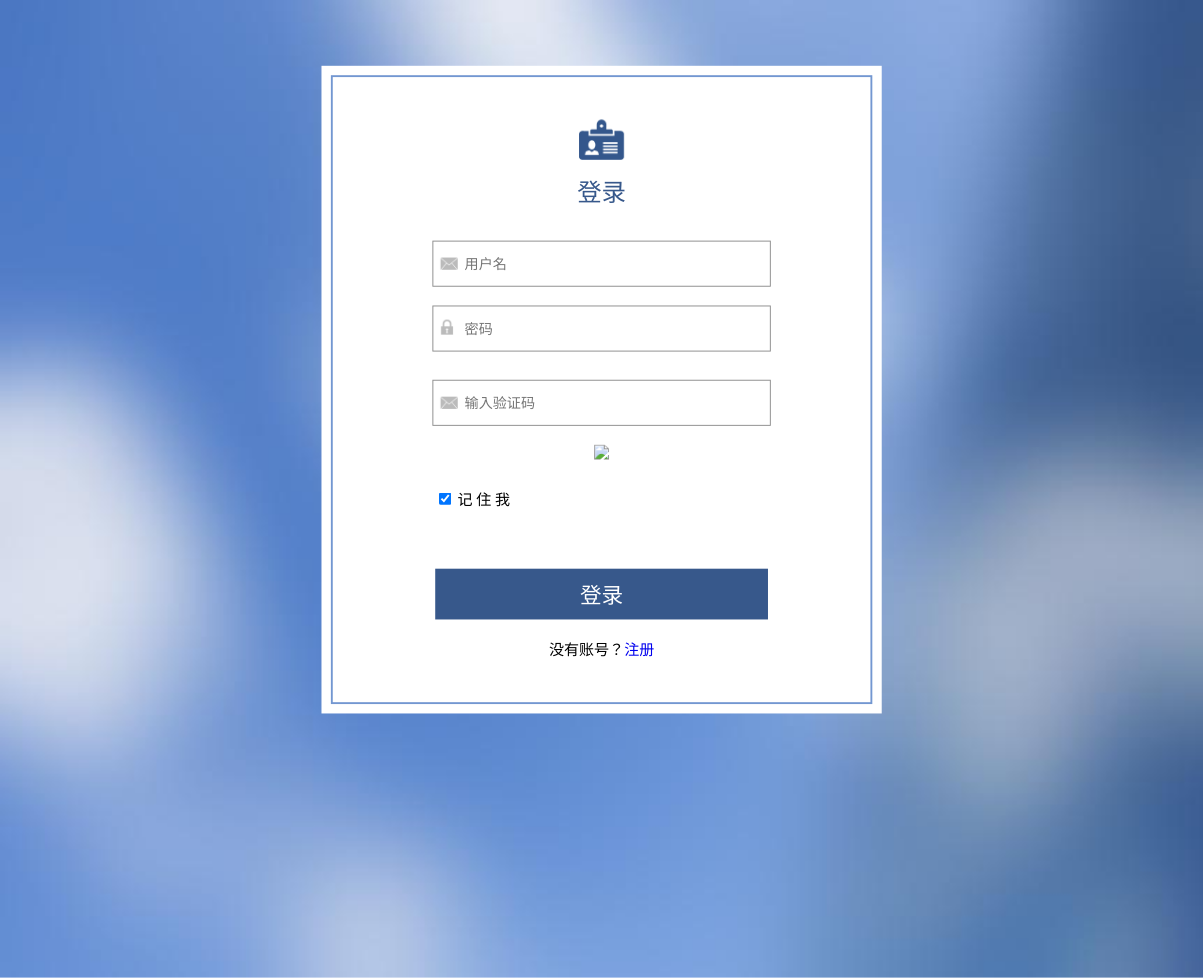
Repository: xnmll/jsp-mysql-mini-system
Page: http://localhost/Member/
An editor plug-in stored every save of this project. The page is shown before and after the next save, followed by the edit.
The browser window is 1280 px wide. The pictures show the whole page, at 94% of full size.
The page is served by Tomcat 9. Other server files are loaded and not shown.

Above is the page before, as saved 2018-05-02 11:40:22.

### finally/Member/WebRoot/login.jsp
<%@ page language="java" import="java.util.*,java.net.URLDecoder" pageEncoding="utf-8"%>
<%@taglib prefix="c" uri="http://java.sun.com/jsp/jstl/core" %>
<%@taglib prefix="fn" uri="http://java.sun.com/jsp/jstl/functions" %>
 <%
	 String username = "";
	 String password = "";
	 Cookie[] c = request.getCookies();
	 if(c != null && c.length > 0)
	 {
	   for(Cookie c1 : c)
	   {
	     if(c1.getName().equals("username"))
	     {
	       username = URLDecoder.decode(c1.getValue(),"utf-8");
	     }
	     if(c1.getName().equals("password"))
	     {
	       password = URLDecoder.decode(c1.getValue(),"utf-8");
	     }
	   }
	 }
  %>
  <%
	//获取请求上下文
	String context = request.getContextPath();
   %>
<!DOCTYPE HTML>
<html>
	<head>
		<title>登录</title>
		<!-- Custom Theme files -->
		<link href="<%=context%>/css/style1.css" rel="stylesheet" type="text/css" media="all"/>
		<!-- Custom Theme files -->
		<meta http-equiv="Content-Type" content="text/html; charset=utf-8" />
		<meta name="viewport" content="width=device-width, initial-scale=1, maximum-scale=1">
		<meta http-equiv="Content-Type" content="text/html; charset=utf-8" />
		<meta name="keywords" content="Login form web template, Sign up Web Templates, Flat Web Templates, Login signup Responsive web template, Smartphone Compatible web template, free webdesigns for Nokia, Samsung, LG, SonyErricsson, Motorola web design" />
	</head>

	<script type="text/javascript">
	   //点击验证码图片会重新加载验证码,Math.random()的作用的每次都传递不同的参数，
	   //从而每次都生成一个新的验证码对象
	     function loadImage(){
			  document.getElementById("code").src = "image.jsp?"+Math.random();
	     }
	</script>

<body>
	<div class="login">
		 <div class="login-main">
	 		<div class="login-top">
	 			<img src="images/head-img.png" alt=""/>
	 			<h1>登录</h1>
	 			<form action="<%=context%>/loginCheckAction" id="form" method="post">
	 			<input type="text" name="username" value="<%=username%>" placeholder="用户名" required>
	 			<input type="password" name="password" value="<%=password%>" placeholder="密码" required>
	 			<input type="text" id="checkcode" name="checkcode" width="200" placeholder="输入验证码" required>
	 			<img src="image.jsp"  height="30px" id="code"  onClick="javascript:loadImage();"/>
	 			<div class="login-bottom">
	 				<div class="login-check">
		 				<input type="checkbox" checked="checked" name="remember"/><i> </i> 记 住 我
		 		    </div>
		 			<div class="clear"> </div>
	 			</div>
	 			  <c:if test="${!empty errorMessage }">
			      	<font color="red">${errorMessage }</font>
			      </c:if>
			      <br><br>

	 			<input type="submit" value="登录" /><br><br>
	 			没有账号？<a href="register.jsp">注册</a>
	 			</form>
	 		</div>
	 	</div>
  </div>
</body>
</html>

### finally/Member/WebRoot/css/style1.css
/*--
Author: W3layouts
Author URL: http://w3layouts.com
License: Creative Commons Attribution 3.0 Unported
License URL: http://creativecommons.org/licenses/by/3.0/
--*/
/* start editing from here */
html,body,div,span,applet,object,iframe,h1,h2,h3,h4,h5,h6,p,blockquote,pre,a,abbr,acronym,address,big,cite,code,del,dfn,em,img,ins,kbd,q,s,samp,small,strike,strong,sub,sup,tt,var,b,u,i,dl,dt,dd,ol,nav ul,nav li,fieldset,form,label,legend,table,caption,tbody,tfoot,thead,tr,th,td,article,aside,canvas,details,embed,figure,figcaption,footer,header,hgroup,menu,nav,output,ruby,section,summary,time,mark,audio,video{margin:0;padding:0;border:0;font-size:100%;font:inherit;vertical-align:baseline;}
article, aside, details, figcaption, figure,footer, header, hgroup, menu, nav, section {display: block;}
ol,ul{list-style:none;margin:0;padding:0;}
blockquote,q{quotes:none;}
blockquote:before,blockquote:after,q:before,q:after{content:'';content:none;}
table{border-collapse:collapse;border-spacing:0;}
/* start editing from here */
a{text-decoration:none;}
.txt-rt{text-align:right;}/* text align right */
.txt-lt{text-align:left;}/* text align left */
.txt-center{text-align:center;}/* text align center */
.float-rt{float:right;}/* float right */
.float-lt{float:left;}/* float left */
.clear{clear:both;}/* clear float */
.pos-relative{position:relative;}/* Position Relative */
.pos-absolute{position:absolute;}/* Position Absolute */
.vertical-base{	vertical-align:baseline;}/* vertical align baseline */
.vertical-top{	vertical-align:top;}/* vertical align top */
.underline{	padding-bottom:5px;	border-bottom: 1px solid #eee; margin:0 0 20px 0;}/* Add 5px bottom padding and a underline */
nav.vertical ul li{	display:block;}/* vertical menu */
nav.horizontal ul li{	display: inline-block;}/* horizontal menu */
img{max-width:100%;}
/*end reset*/
/*--header start here--*/
body {
  background: url(../images/banner.jpg)no-repeat;
  background-size: cover;
  padding: 70px 0px 70px 0px;
  min-height: 900px;
  font-family: 'Roboto', sans-serif;
  font-size: 100%;
}
.login{
  width: 40%;
  background: #fff;
  margin: 0 auto;
  min-height: 400px;
  padding: 10px;
}
.login-main {
  border: 2px solid #7397D1;
  min-height: 400px;
}
.login-top {
  padding: 45px 0px;
  text-align: center;
  position: relative;
}
.login-top h1 {
  font-size: 26px;
  font-weight: 500;
  color: #37588B;
  margin: 10px 0px 35px 0px;
}
span.anc-color {
  color: #8E8E8E;
  font-weight: 300;
}
.login-top ul {
   margin: 27px 0px 20px 0px;
}
.login-top ul li{
	display:inline-block;
}
.login-top ul li a {
  background: url(../images/sprite.png)no-repeat;
  width: 35px;
  height: 34px;
  display: block;
  margin: 0px 13px 0px 0px;
}
.login-top ul li a.fa {
  background-position: 0px -35px;
}
.login-top ul li a.tw {
  background-position: -35px -35px;
}
.login-top ul li a.g {
   background-position: -72px -35px;
}
.login-top ul li a.fa:hover{
 background-position: 0px 0px;
  transition: 0.5s all;
 -webkit-transition: 0.5s all;
 -moz-transition:  0.5s all;
 -o-transition:  0.5s all;
}
.login-top ul li a.tw:hover{
  background-position: -35px 0px;
  transition: 0.5s all;
 -webkit-transition: 0.5s all;
 -moz-transition:  0.5s all;
 -o-transition:  0.5s all;
}
.login-top ul li a.g:hover{
  background-position: -72px 0px;
  transition: 0.5s all;
 -webkit-transition: 0.5s all;
 -moz-transition:  0.5s all;
 -o-transition:  0.5s all;
}
.login-top h2 {
  font-size: 19px;
  font-weight: 400;
  color: #8E8E8E;
  position:relative;
}
.login-top h2:after {
  width: 135px;
  height: 1px;
  background: #8e8e8e;
  position: absolute;
  top: 50%;
  right: 20%;
  content:'';
}
.login-top h2:before {
  width: 135px;
  height: 1px;
  background: #8e8e8e;
  position: absolute;
  top: 50%;
  left: 21%;
  content:'';
}
.login-top h3 {
  font-size: 19px;
  font-weight: 400;
  color: #8E8E8E;
  margin: 0px 0px 16px 0px;
   position: relative;
}
.login-top h3:before{
  width: 135px;
  height: 1px;
  background: #8e8e8e;
  position: absolute;
  top: 50%;
  left: 21%;
  content:'';
}
.login-top h3:after {
  width: 135px;
  height: 1px;
  background: #8e8e8e;
  position: absolute;
  top: 50%;
  right: 20%;
  content:'';
}
.login-top input[type="text"] :-webkit-input-placeholder {
  color:#9F8D78;
}
.login-top input[type="text"] {
  background: url(../images/email.png)no-repeat 7px 17px;
  font-size: 15px;
  font-weight: 400;
  color: #000;
  padding: 15px 10px 15px 33px;
  width: 55%;
  display: block;
  border: 1px solid #8b8b8b;
  outline:none;
  margin: 30px auto 20px;
  -webkit-appearance: none;
}
.login-top input[type="password"]{
background: url(../images/lock.png)no-repeat 8px 14px;
  font-size: 15px;
  font-weight: 400;
  color: #000;
  padding: 15px 10px 15px 33px;
  width: 55%;
  display: block;
  border: 1px solid #8b8b8b;
  margin: 0 auto;
  outline:none;
  -webkit-appearance: none;
}
.login-bottom {
  width: 62%;
  margin: 25px auto;
}
.login-check {
  float: left;
}
.login-para {
  float: right;
}

.login-top.checkbox input {
	position: absolute;
	left: -9999px;
}
.login-top.checkbox i {
	border-color: #fff;
	transition: border-color 0.3s;
	-o-transition: border-color 0.3s;
	-ms-transition: border-color 0.3s;
	-moz-transition: border-color 0.3s;
	-webkit-transition: border-color 0.3s;

}
.login-top.checkbox i:hover {
	border-color:red;

}
.login-top  i:before {
	background-color: #2da5da;
}
.login-top  .rating label {
	color: #ccc;
	transition: color 0.3s;
	-o-transition: color 0.3s;
	-ms-transition: color 0.3s;
	-moz-transition: color 0.3s;
	-webkit-transition: color 0.3s;
}
.login-top .checkbox input + i:after {
	position: absolute;
	opacity: 0;
	transition: opacity 0.1s;
	-o-transition: opacity 0.1s;
	-ms-transition: opacity 0.1s;
	-moz-transition: opacity 0.1s;
	-webkit-transition: opacity 0.1s;
}
.login-top .checkbox input + i:after {
	content: url(../images/tick.png) no-repeat 7px 1px;
	top: 0px;
	left: 0px;
	width: 15px;
	height: 15px;
}
.login-top .checkbox {
	padding: 8px 0px 0px 22px;
	font-size: 15px;
   font-weight: 400;
	line-height: 5px;
	color: #333;
	cursor: pointer;
	position: relative;
	display: block;
	float: left;
}
.login-top .checkbox:hover {
	text-decoration: none;
}
.login-top  .checkbox i {
  position: absolute;
  top: 0px;
  left: 0px;
  display: block;
  width: 15px;
  height: 15px;
  outline: none;
  border: 1px solid #5e5b5b;
}
.login-top  .checkbox input + i:after {
	position: absolute;
	opacity: 0;
	transition: opacity 0.1s;
	-o-transition: opacity 0.1s;
	-ms-transition: opacity 0.1s;
	-moz-transition: opacity 0.1s;
	-webkit-transition: opacity 0.1s;
}
.login-top .checkbox input + i:after {
	color: #2da5da;
}
.login-top.checkbox input:checked + i,
.login-top . input:checked + i {
	border-color: #2da5da;
}
.login-top .rating input:checked ~ label {
	color: #2da5da;
}

.login-top .checkbox input:checked + i:after {
	opacity: 1;
}
.login-top input[type="submit"] {
  background: #37588B;
  color: #FFF;
  border:none;
  font-size: 23px;
  font-weight: 400;
  padding: 10px 0px;
  width: 62%;
  cursor: pointer;
  outline: none;
}
.login-top input[type="submit"]:hover{
	background:#777;
	transition: 0.5s all;
  -webkit-transition: 0.5s all;
  -moz-transition: 0.5s all;
  -o-transition: 0.5s all;
}
.login-top h4 {
  font-size: 19px;
  font-weight: 400;
  color: #bababa;
  margin: 15px 0px 16px 0px;
}
.login-top h4 a{
  font-size: 19px;
  font-weight: 400;
  color: #969696;
  text-decoration: underline;
}
.login-top h4 a:hover{
  color: #37588B;
  transition: 0.5s all;
  -webkit-transition: 0.5s all;
  -moz-transition: 0.5s all;
  -o-transition: 0.5s all;
}
.login-top p a {
  font-size: 15px;
  font-weight: 400;
  color: #8e8e8e;
}
.login-top p a:hover{
	color:#000;
	transition: 0.5s all;
  -webkit-transition: 0.5s all;
  -moz-transition: 0.5s all;
  -o-transition: 0.5s all;
}
.copyright p {
  font-size: 16px;
  font-weight: 400;
  color: #fff;
  text-align: center;
  padding: 100px 0px 0px 0px;
}
.copyright p a{
  font-size: 16px;
  font-weight: 400;
  color: #37588B;
}
.copyright p a:hover{
  color: #fff;
  transition: 0.5s all;
  -webkit-transition: 0.5s all;
  -moz-transition: 0.5s all;
  -o-transition: 0.5s all;
}
/*--header end here--*/
/*--meadia quries start here--*/
@media(max-width:1440px){
.login-top h3:after {
  width: 120px;
}
.login-top h3:before{
  width: 120px;
}
.login-top h2:after {
  width: 120px;
}
.login-top h2:before{
  width: 120px;
}
.login {
  width: 45%;
}
}
@media(max-width:1366px){
.login-top h2:before {
  width: 115px;
}
.login-top h2:after {
  width: 115px;
}
.login-top h3:after {
  width: 115px;
}
.login-top h3:before{
  width: 115px;
}
}
@media(max-width:1280px){
.login-top h2:before {
  width: 100px;
}
.login-top h2:after {
  width: 100px;
}
.login-top h3:after {
  width: 100px;
}
.login-top h3:before{
  width: 100px;
}
}
@media(max-width:1024px){
.login-top input[type="submit"] {
  font-size: 21px;
   width: 75%;
}
.login-top input[type="text"] {
  width: 65%;
}
.login-top input[type="password"] {
  width: 65%;
}
.login-top h3:before {
  width: 95px;
  left: 15%;
}
.login-top h3:after {
  width: 95px;
  right: 15%;
}
.login-top h2:before {
  width: 95px;
  left: 15%;
}
.login-top h2:after {
  width: 95px;
  right: 15%;
}
.login-top {
  padding: 20px 0px;
}
.login-bottom {
  width: 75%;
}
}
@media(max-width:768px){
.login {
  width: 70%;
}
.login-top h1 {
  font-size: 22px;
  margin: 10px 0px 20px 0px;
}
.login-top h2 {
  font-size: 16px;
}
.login-top h3 {
  font-size: 16px;
}
.login-top h4 {
  font-size: 17px;
}
.login-top h4 a {
  font-size: 17px;
}
body {
  min-height: 800px;
}
.login-top h2:before {
  width: 125px;
}
.login-top h2:after {
  width: 125px;
}
.login-top h3:before {
  width: 125px;
}
.login-top h3:after {
  width: 125px;
}
.login-top ul {
  margin: 17px 0px 20px 0px;
}
}
@media(max-width:640px){
.login-top {
  padding: 30px 0px;
}
.login-top ul {
  margin: 20px 0px 10px 0px;
}
body {
  padding: 70px 0px 0px 0px;
}
.login-top h2:before {
  width: 100px;
}
.login-top h2:after {
  width: 100px;
}
.login-top h3:before {
  width: 100px;
}
.login-top h3:after {
  width: 100px;
}
}
@media(max-width:480px){
body {
  min-height: 700px;
}
.login-top h1 {
  font-size: 19px;
  margin: 5px 0px 10px 0px;
}
.login-top input[type="text"] {
  background: url(../images/email.png)no-repeat 6px 12px;
  padding: 10px 0px 10px 33px;
  width: 70%;
  margin: 16px auto 15px;
  font-size:13px;
}
.login-top input[type="password"] {
  background: url(../images/lock.png)no-repeat 6px 8px;
  padding: 10px 0px 10px 33px;
  width: 70%;
  font-size:13px;
}
.login-top p a {
  font-size: 14px;
}
.login-top input[type="submit"] {
  width: 80%;
  font-size: 18px;
}
.login-top h4 {
  font-size: 15px;
}
.login-top h4 a {
  font-size: 15px;
}
.copyright  p {
  font-size: 14px;
  padding: 85px 0px 0px 0px;
}
.copyright  p a{
  font-size: 14px;
}
.login-top h2:before {
  width: 85px;
  left: 11%;
}
.login-top h2:after {
  width: 85px;
   right: 11%;
}
.login-top h3:after {
  width: 85px;
  right: 11%;
}
.login-top h3:before {
  width: 85px;
  left: 11%;
}
.login-top ul {
  margin: 10px 0px 10px 0px;
}
.login-top ul li a {
  margin: 0px 3px 0px 0px;
}
.login {
  width: 75%;
}
.login-top .checkbox {
  font-size: 13px;
}
.login-bottom {
  width: 80%;
}
}
@media(max-width:320px){
body {
  padding: 40px 0px 0px 0px;
  min-height: 560px;
}
.copyright p {
  font-size: 13px;
  padding: 35px 0px 0px 0px;
}
.login-top {
  padding: 15px 0px;
}
.login-top h1 {
  font-size: 17px;
}
.login-top h2 {
  font-size: 13px;
}
.login-top ul {
  margin: 13px 0px 5px 0px;
}
.login-top p a {
  font-size: 12px;
}
.login-top input[type="submit"] {
   font-size: 15px;
   width: 85%;
}
.login-top h4 {
  font-size: 13px;
}
.login-top h4 a {
  font-size: 13px;
}
.login-top .checkbox {
  font-size: 12px;
}
.login-top h2:before {
  width: 55px;
}
.login-top h2:after {
  width: 55px;
}
.login-top h3:after {
   width: 55px;
}
.login-top h3:before {
   width: 55px;
}
.login {
  width: 82%;
}
.login-bottom {
  width: 85%;
  margin: 15px auto;
}
.login-top ul li a {
  width: 25px;
  height: 22px;
  background-size: 276%;
}
.login-top ul li a.fa {
  background-position: 1px -22px;
}
.login-top ul li a.fa:hover {
  background-position: 1px 0px;
}
.login-top ul li a.tw {
  background-position: -22px -22px;
}
.login-top ul li a.tw:hover {
  background-position: -22px 0px;
}
.login-top ul li a.g {
  background-position: -45px -22px;
}
.login-top ul li a.g:hover {
  background-position: -45px 0px;
}
/*--meadia quries end here--*/

After the next save:
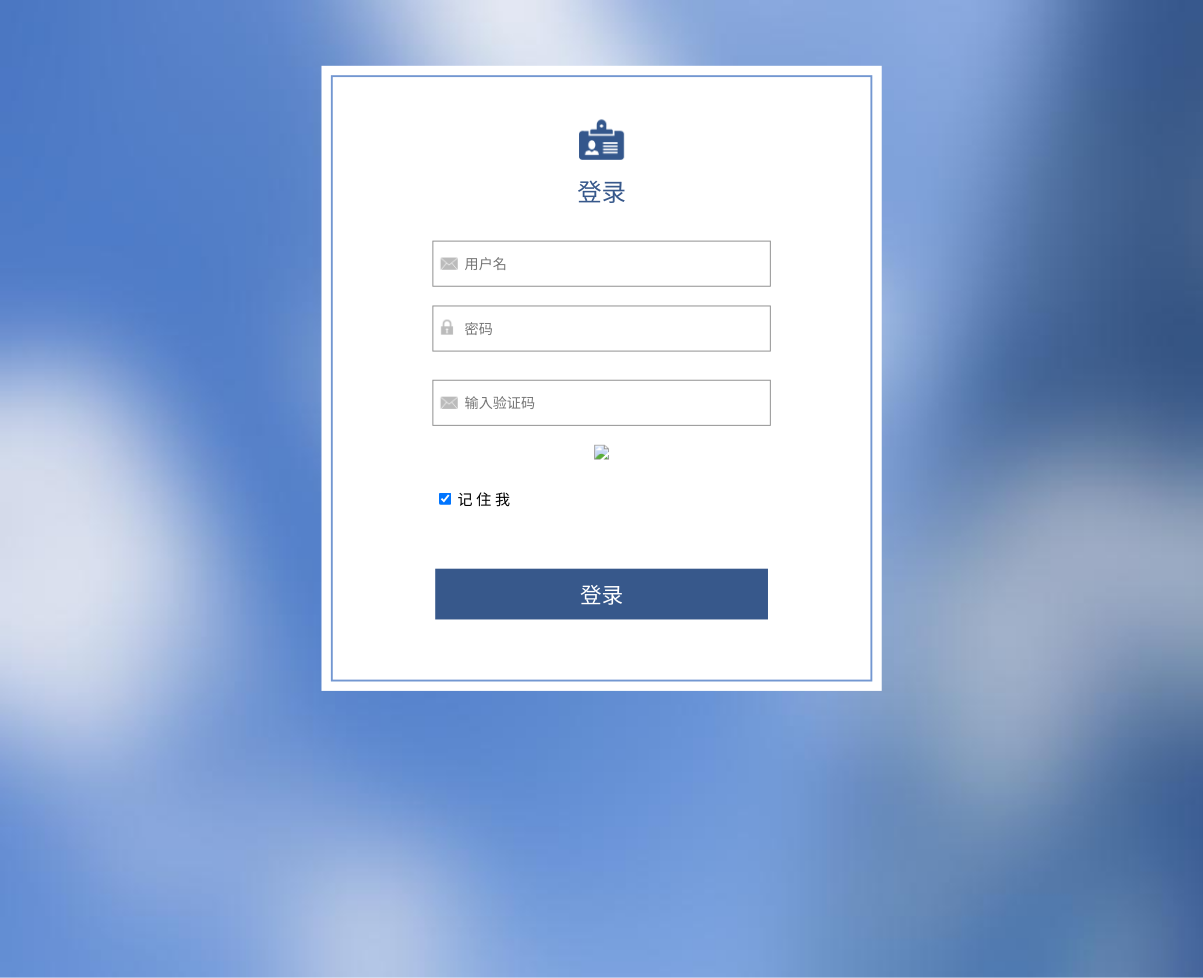
Saved 18 s later.
--- a/finally/Member/WebRoot/login.jsp
+++ b/finally/Member/WebRoot/login.jsp
@@ -68,7 +68,6 @@
 			      <br><br>
 
 	 			<input type="submit" value="登录" /><br><br>
-	 			没有账号？<a href="register.jsp">注册</a>
 	 			</form>
 	 		</div>
 	 	</div>
